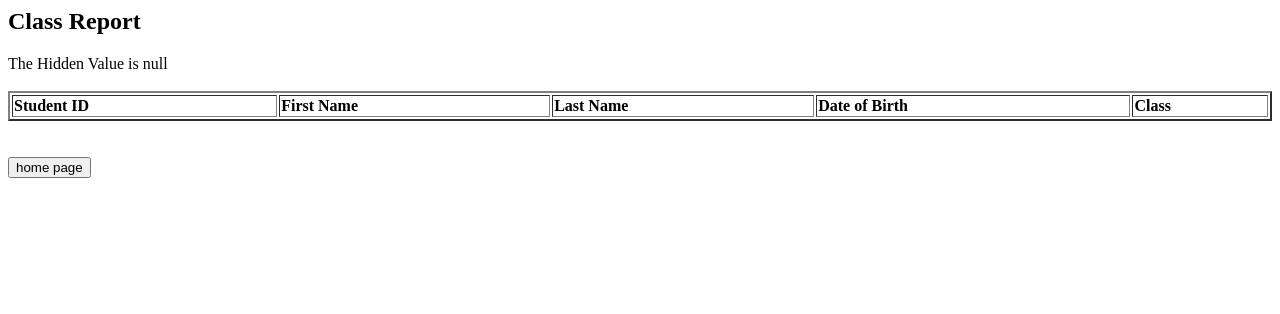
Repository: anithagnana123/Simplilearn_Phase2_project
Page: http://localhost/phase2-project/thereport.jsp
An editor plug-in stored every save of this project. The page is shown before and after the next save, followed by the edit.
The browser window is 1280 px wide. The pictures show the whole page.
The page is served by Tomcat 9. Other server files are loaded and not shown. Queries for data that is not in the repository find no rows.

Above is the page before, as saved 2022-10-26 11:20:04.

### phase2-project/src/main/webapp/thereport.jsp
<%@ page errorPage = "error.jsp" %>
<%@ taglib prefix="c" uri="http://java.sun.com/jsp/jstl/core"%>
<%@ taglib prefix="sql" uri="http://java.sun.com/jsp/jstl/sql"%>
<html>
<head>
    <title>thereport-list</title>
</head>
<body>
    <sql:setDataSource
    var="database"
    driver="com.mysql.cj.jdbc.Driver"
     url="jdbc:mysql://localhost:3306/learners_academy?allowPublicKeyRetrieval=true&useSSL=false"
     user="root"
     password="123456"
     />


<h2>Class Report</h2>

<% String hidden = request.getParameter("class_sec"); %>
The Hidden Value is <%=hidden %>
<br> <br>
   <sql:query var="rs" dataSource="${database}">
         SELECT * FROM student_info where class_sec = "<%=hidden %>";
    </sql:query>

   <table border="2" width="100%">
    <tr>
        <td><b>Student ID</b></td>
        <td><b>First Name</b></td>
        <td><b>Last Name</b></td>
        <td><b>Date of Birth</b></td>
        <td><b>Class</b></td>
    </tr>

    <c:forEach var="student_info" items="${rs.rows}">
        <tr>
            <td> <c:out value="${student_info.student_id}"/> </td>
            <td> <c:out value="${student_info.firstName}"/> </td>
            <td> <c:out value="${student_info.lastName}"/> </td>
            <td> <c:out value="${student_info.dateOfBirth}"/> </td>
            <td> <c:out value="${student_info.class_sec}"/> </td>
        </tr>
    </c:forEach>
</table>

<br> <br>
<form action="welcome" method="get">
	<input type="submit" value="home page"/>
</form>

</body>
</html>

After the next save:
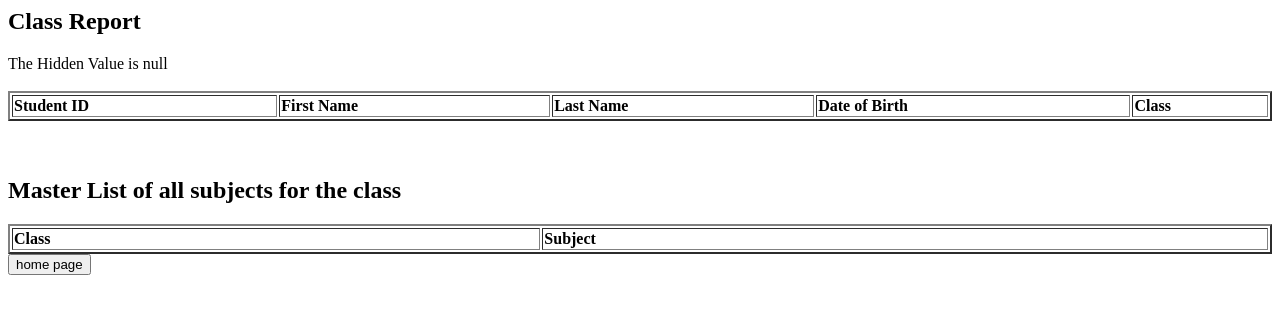
Saved 7 min 26 s later.
--- a/phase2-project/src/main/webapp/thereport.jsp
+++ b/phase2-project/src/main/webapp/thereport.jsp
@@ -45,6 +45,24 @@ The Hidden Value is <%=hidden %>
 </table>
 
 <br> <br>
+
+<h2>Master List of all subjects for the class</h2>
+<sql:query var="rs" dataSource="${database}">
+    SELECT * FROM class_subject where class_sec = "<%=hidden %>";
+</sql:query>
+<table border="2" width="100%">
+    <tr>
+        <td><b>Class</b></td>
+        <td><b>Subject</b></td>
+    </tr>
+
+    <c:forEach var="class_subject" items="${rs.rows}">
+        <tr>
+            <td> <c:out value="${class_subject.class_sec}"/> </td>
+            <td> <c:out value="${class_subject.subject}"/> </td>
+        </tr>
+    </c:forEach>
+</table>
 <form action="welcome" method="get">
 	<input type="submit" value="home page"/>
 </form>
